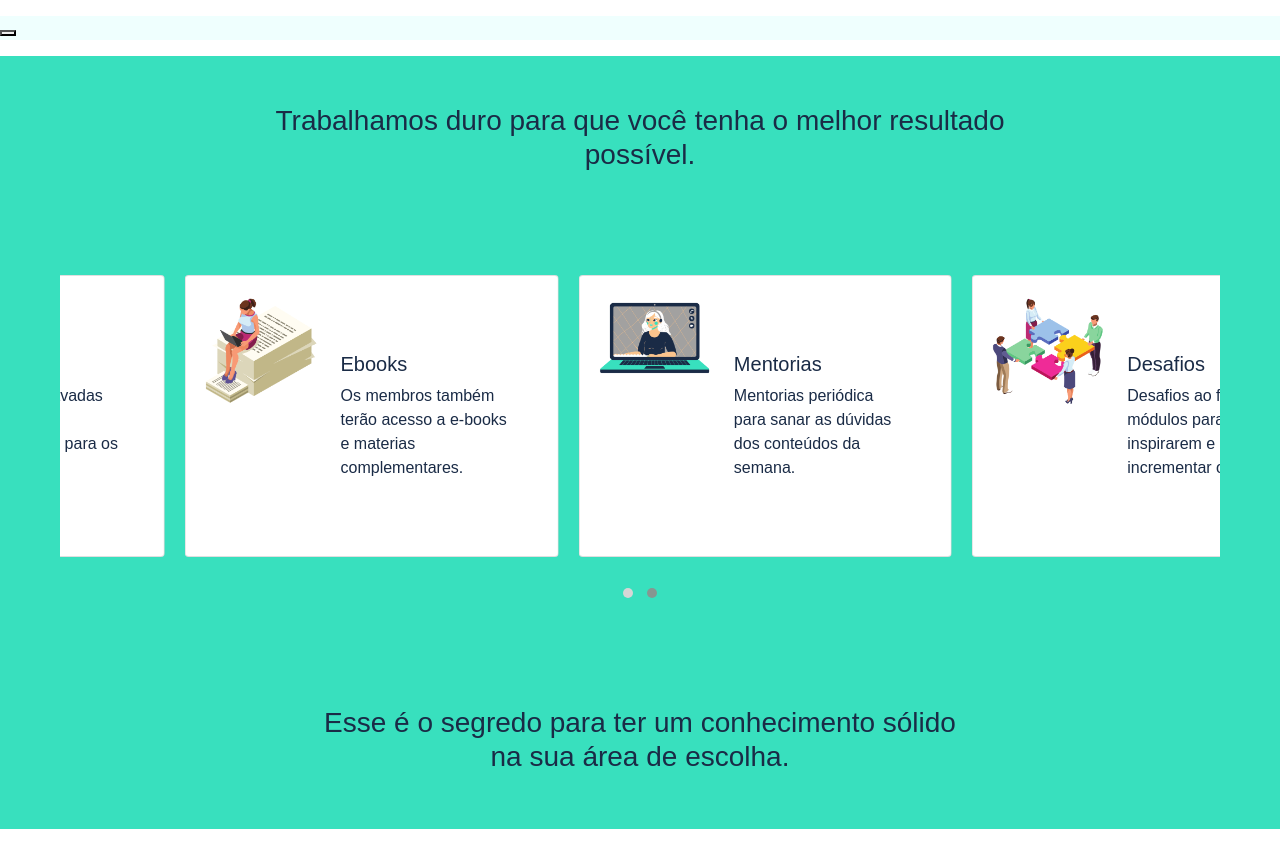
Repository: MarTech-Coders-Planejamento/site-oficial
Page: home.html
These files come from the project's save history. The page is drawn as it stood at one moment and after the next save; the edit follows.
The browser window is 1280 px wide. The pictures show the whole page.
Some web fonts or font styles are not loaded; a fallback is used.

Above is the page before, as saved 2021-10-25 18:28:25.

### home.html
<!DOCTYPE html>
<html lang="pt-BR">
  <head>
    <meta charset="UTF-8" />
    <meta http-equiv="X-UA-Compatible" content="IE=edge" />
    <meta name="viewport" content="width=device-width, initial-scale=1.0" />
    <!--Fonts Google-->
    <link
      href="https://fonts.googleapis.com/css2?family=Tomorrow:wght@300;400;700&display=swap"
      rel="stylesheet"
    />

    <!-- Bootstrap CSS -->
    <link
      href="https://cdn.jsdelivr.net/npm/bootstrap@5.1.2/dist/css/bootstrap.min.css"
      rel="stylesheet"
      integrity="sha384-uWxY/CJNBR+1zjPWmfnSnVxwRheevXITnMqoEIeG1LJrdI0GlVs/9cVSyPYXdcSF"
      crossorigin="anonymous"
    />

    <!-- Styles -->
    <link rel="stylesheet" href="./css/home.css" />
    <link
      rel="stylesheet"
      href="https://cdnjs.cloudflare.com/ajax/libs/OwlCarousel2/2.3.4/assets/owl.carousel.min.css"
      integrity="sha512-tS3S5qG0BlhnQROyJXvNjeEM4UpMXHrQfTGmbQ1gKmelCxlSEBUaxhRBj/EFTzpbP4RVSrpEikbmdJobCvhE3g=="
      crossorigin="anonymous"
    />
    <link
      rel="stylesheet"
      href="https://cdnjs.cloudflare.com/ajax/libs/OwlCarousel2/2.3.4/assets/owl.theme.default.min.css"
      integrity="sha512-sMXtMNL1zRzolHYKEujM2AqCLUR9F2C4/05cdbxjjLSRvMQIciEPCQZo++nk7go3BtSuK9kfa/s+a4f4i5pLkw=="
      crossorigin="anonymous"
    />

    <title>Home</title>
  </head>
  <body>
    <div class="container-fluid">
      <!--cabeçalho fluido-->
      <header>
        <nav></nav>
      </header>
      <main>
        <section class="bg-one">
          <!--dobra1-->
          <article>
            <header></header>
            <h1></h1>
            <p></p>
            <figure></figure>
            <button></button>
          </article>
        </section>
        <section class="bg-two">
          <!--dobra2-->
          <article>
            <h2></h2>
            <p></p>
            <figure></figure>
          </article>
        </section>
        <section class="bg-one">
          <!--dobra3-->
          <article>
            <header></header>
            <p></p>
            <figure></figure>
          </article>
        </section>
        <section class="bg-two">
          <!--dobra4-->
          <div class="d-flex flex-column">
            <div class="d-flex flex-column">
              <p class="h3 p-5 text-center">
                Trabalhamos duro para que você tenha o melhor resultado <br />
                possível.
              </p>
            </div>
            <div class="row p-5" style="max-width: 100vw; margin: 0;">
              <div class="col-12">
                <div class="owl-carousel owl-theme">
                  <div class="card mb-3" style="max-width: 540px; padding: 20px;">
                    <div class="row g-0">
                      <div class="col-md-4 align-middle">
                        <img src="/image/icon-video.png" class="img-fluid rounded-start" alt="...">
                      </div>
                      <div class="col-md-8">
                        <div class="card-body">
                          <h5 class="card-title">Vídeo-aula</h5>
                          <p class="card-text">Vídeo-aulas gravadas que serão disponibilizadas para os membros.</p>
                        </div>
                      </div>
                    </div>
                  </div>

                  <div class="card mb-3" style="max-width: 540px; padding: 20px;">
                    <div class="row g-0">
                      <div class="col-md-4 align-middle">
                        <img src="/image/icon-ebook.png" class="img-fluid rounded-start" alt="...">
                      </div>
                      <div class="col-md-8">
                        <div class="card-body">
                          <h5 class="card-title">Ebooks</h5>
                          <p class="card-text">Os membros também terão acesso a e-books e materias complementares.</p>
                        </div>
                      </div>
                    </div>
                  </div>
                  <div class="card mb-3" style="max-width: 540px; padding: 20px;">
                    <div class="row g-0">
                      <div class="col-md-4 align-middle">
                        <img src="/image/icon-mentoria.png" class="img-fluid rounded-start" alt="...">
                      </div>
                      <div class="col-md-8">
                        <div class="card-body">
                          <h5 class="card-title">Mentorias</h5>
                          <p class="card-text">Mentorias periódica para sanar as dúvidas dos conteúdos da semana.</p>
                        </div>
                      </div>
                    </div>
                  </div>
                  <div class="card mb-3" style="max-width: 540px; padding: 20px;">
                    <div class="row g-0">
                      <div class="col-md-4 align-middle">
                        <img src="/image/icon-desafio.png" class="img-fluid rounded-start" alt="...">
                      </div>
                      <div class="col-md-8">
                        <div class="card-body">
                          <h5 class="card-title">Desafios</h5>
                          <p class="card-text">Desafios ao final dos módulos para inspirarem e incrementar o portfólio.</p>
                        </div>
                      </div>
                    </div>
                  </div>

                </div>
              </div>
            </div>
            <div class="d-flex flex-column">
              <p class="h3 p-5 text-center">
                Esse é o segredo para ter um conhecimento sólido <br />
                na sua área de escolha.
              </p>
            </div>
          </div>
        </section>
      </main>

      <footer class="bg-one">
        <!--footer-->
        <article></article>
        <p></p>
      </footer>
    </div>

    <!-- Owl Carousel -->

    <script src="https://cdnjs.cloudflare.com/ajax/libs/jquery/3.6.0/jquery.min.js"></script>

    <!-- Bootstrap Bundle javascript -->
    <script
      src="https://cdn.jsdelivr.net/npm/bootstrap@5.1.2/dist/js/bootstrap.bundle.min.js"
      integrity="sha384-kQtW33rZJAHjgefvhyyzcGF3C5TFyBQBA13V1RKPf4uH+bwyzQxZ6CmMZHmNBEfJ"
      crossorigin="anonymous"
    ></script>

    <!-- Owl Carousel -->

    <script
      src="https://cdnjs.cloudflare.com/ajax/libs/OwlCarousel2/2.3.4/owl.carousel.min.js"
      integrity="sha512-bPs7Ae6pVvhOSiIcyUClR7/q2OAsRiovw4vAkX+zJbw3ShAeeqezq50RIIcIURq7Oa20rW2n2q+fyXBNcU9lrw=="
      crossorigin="anonymous"
    ></script>

    <!-- Slider -->

    <script>
      $(".owl-carousel").owlCarousel({
        loop: true,
        autoplay: true,
        margin: 20,
        animateOut: "fadeOut",
        animateIn: "fadeIn",
        autoplayHoverPause: true,
        responsive: {
          0: {
            items: 1,
            nav: false,
          },
          600: {
            items: 2,
            nav: false,
          },
          1000: {
            items: 3,
            loop: false,
          },
        },
      });
    </script>
  </body>
</html>

### css/home.css
:root {
  --bg: #effffe;
  --bg2: #38e0be;
  --texto: #1a2b46;
}
* {
  font-family: "Tomorrow", sans-serif;
}

.container-fluid {
  padding-right: 0;
  padding-left: 0;
  margin-right: auto;
  margin-left: auto;
}

.bg-one {
  background-color: var(--bg);
  color: var(--texto);
}
.bg-two {
  background-color: var(--bg2);
  color: var(--texto);
}

/* Slider Container*/

.card-body{
  height: fit-content;
  padding: 3.5rem 1.5rem;
}

After the next save:
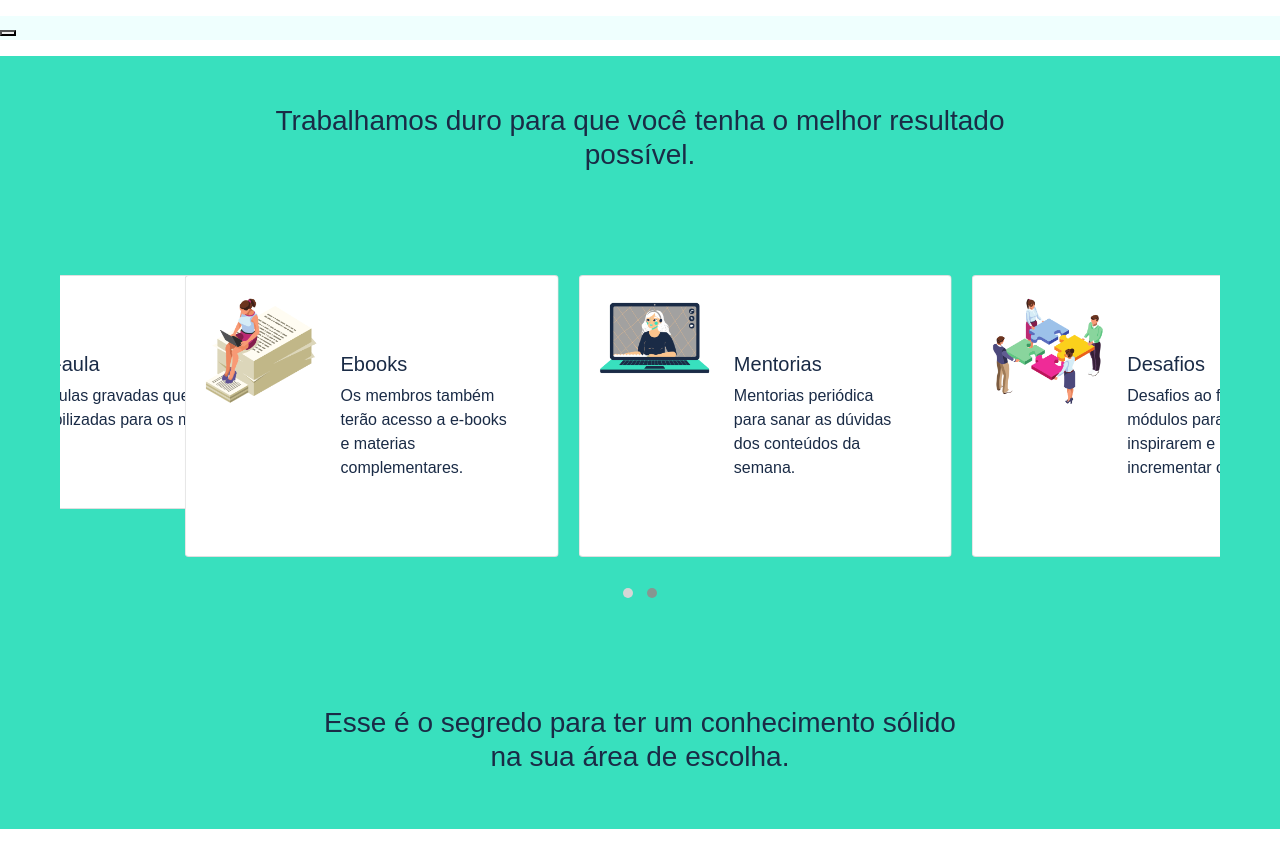
Saved 18 min 58 s later.
--- a/home.html
+++ b/home.html
@@ -80,7 +80,7 @@
             <div class="row p-5" style="max-width: 100vw; margin: 0;">
               <div class="col-12">
                 <div class="owl-carousel owl-theme">
-                  <div class="card mb-3" style="max-width: 540px; padding: 20px;">
+                  <div class="card mb-3" style="width: 540px; padding: 20px;">
                     <div class="row g-0">
                       <div class="col-md-4 align-middle">
                         <img src="/image/icon-video.png" class="img-fluid rounded-start" alt="...">

After the save that followed:
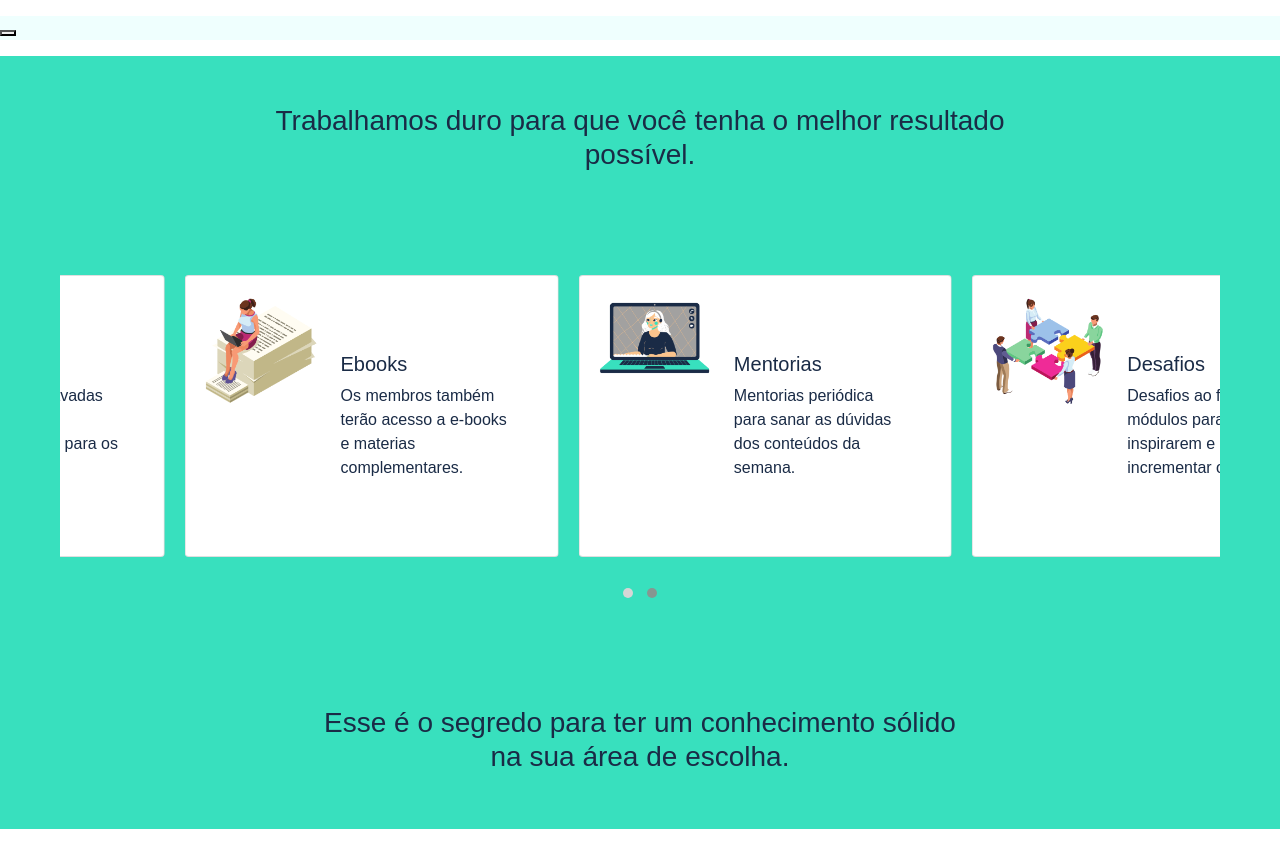
Saved 29 s later.
--- a/home.html
+++ b/home.html
@@ -80,7 +80,7 @@
             <div class="row p-5" style="max-width: 100vw; margin: 0;">
               <div class="col-12">
                 <div class="owl-carousel owl-theme">
-                  <div class="card mb-3" style="width: 540px; padding: 20px;">
+                  <div class="card mb-3" style="max-width: 540px; padding: 20px;">
                     <div class="row g-0">
                       <div class="col-md-4 align-middle">
                         <img src="/image/icon-video.png" class="img-fluid rounded-start" alt="...">
